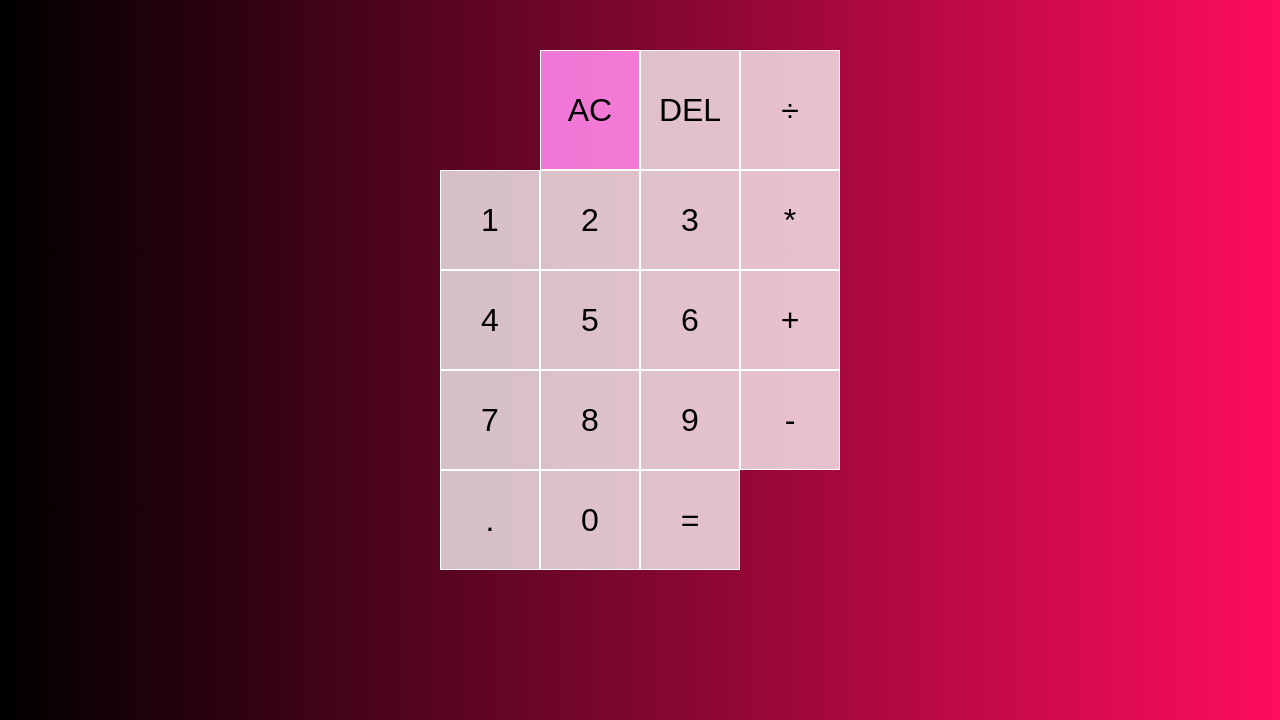
Repository: burntaftermint/calculator
Page: index.html
The author's editor kept a copy of each file at every save. The page is drawn from the files as they stood at one save, then again after the next save.
The browser window is 1280 px wide. The pictures show the whole page.
The pointer rests on the first visible `.calculator-grid > button`.

Above is the page before, as saved 2023-11-01 02:36:25.

### index.html
<!DOCTYPE html>
<html lang="en">
<head>
    <meta charset="UTF-8">
    <meta name="viewport" content="width=device-width, initial-scale=1.0">
    <title>Calculator</title>
    <link href="styles.css" rel="stylesheet">
    <script src="script.js" defer></script>
</head>
<body>
    <div class="calculator-grid">
        <div class="output">
            <div class="previous-operand"></div>
                <div class="current-operand"></div>
        </div>
        <button class="span-two">AC</button>
        <button>DEL</button>
        <button>÷</button>
        <button>1</button>
        <button>2</button>
        <button>3</button>
        <button>*</button>
        <button>4</button>
        <button>5</button>
        <button>6</button>
        <button>+</button>
        <button>7</button>
        <button>8</button>
        <button>9</button>
        <button>-</button>
        <button>.</button>
        <button>0</button>
        <button class="span-two">=</button>

    </div>
</body>
</html>

### styles.css
*::before, *::after {
    box-sizing: border-box;
    font-family: Gotham Rounded, sans-serif;
    font-weight: normal;
}

body {
    padding: 0;
    margin: 0;
    background: linear-gradient(to right, #000000, #fe0d5d);
}

.calculator-grid {
    display: grid;
    justify-content: center;
    align-content: center;
    min-height: 100vh;
    grid-template-columns: repeat(4, 100px);
    grid-template-rows: minmax(120px, auto) repeat(5, 100px);
}

.calculator-grid > button {
    cursor: pointer;
    font-size: 2rem;
    border: 1px solid white;
    outline: none;
    background-color: rgba(255, 255, 255, .75);
}

.calculator-grid > button:hover {
    background-color: rgba(255, 133, 233, 0.9);
}

Loaded but not shown: script.js (no copy from this time; the picture is the same without it)

After the next save:
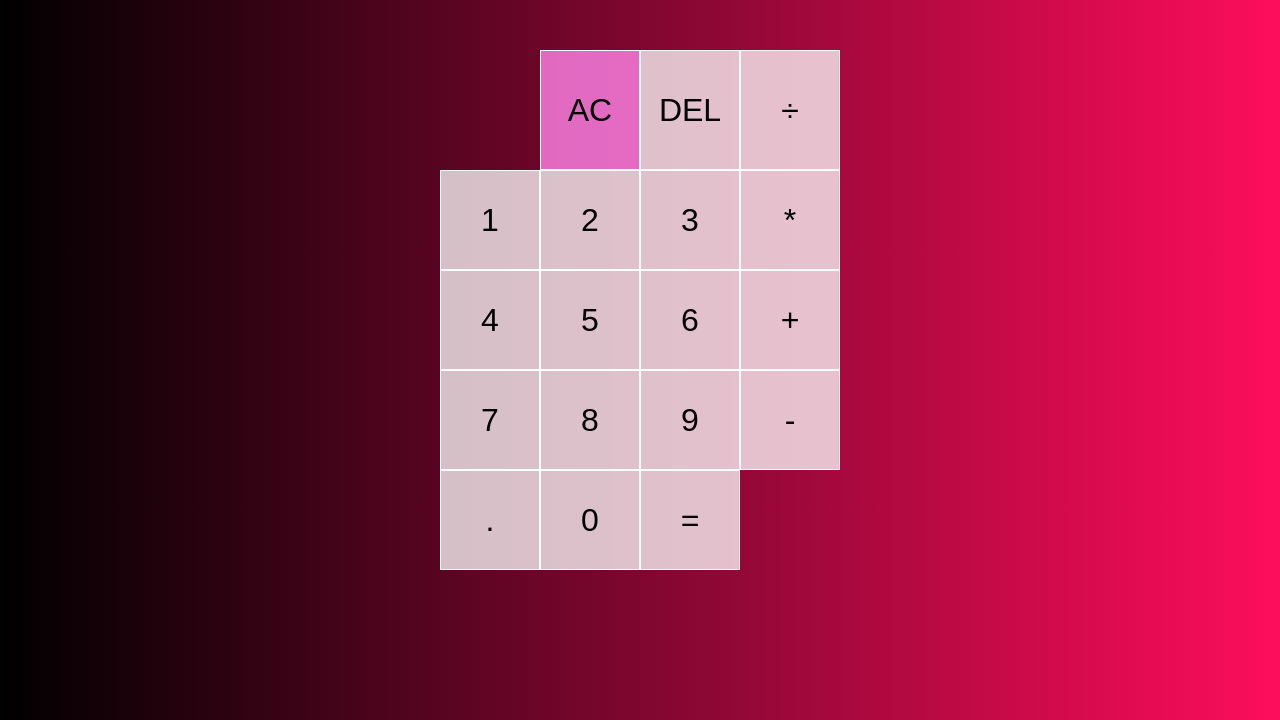
Saved 19 s later.
--- a/styles.css
+++ b/styles.css
@@ -28,5 +28,5 @@ body {
 }
 
 .calculator-grid > button:hover {
-    background-color: rgba(255, 133, 233, 0.9);
+    background-color: rgba(255, 133, 233, 0.796);
 }
